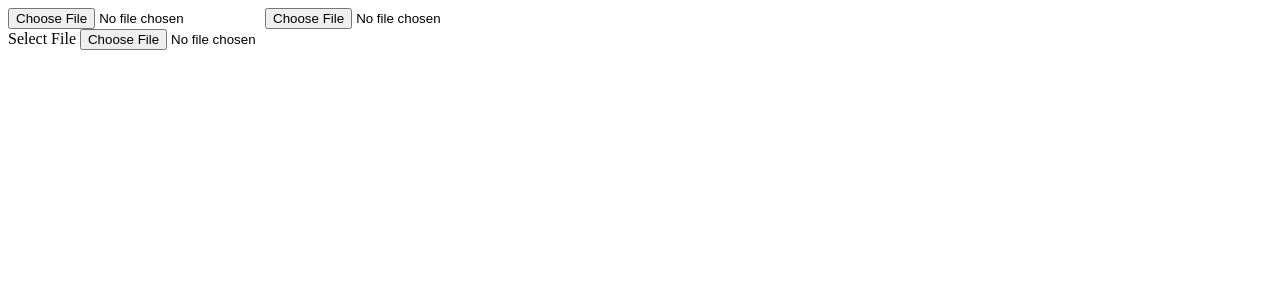
Repository: Hexya/Kaleidoscope
Page: app/index.html
An editor plug-in stored every save of this project. The page is shown before and after the next save, followed by the edit.
The browser window is 1280 px wide. The pictures show the whole page.

Above is the page before, as saved 2021-05-18 15:43:42.

After the next save:
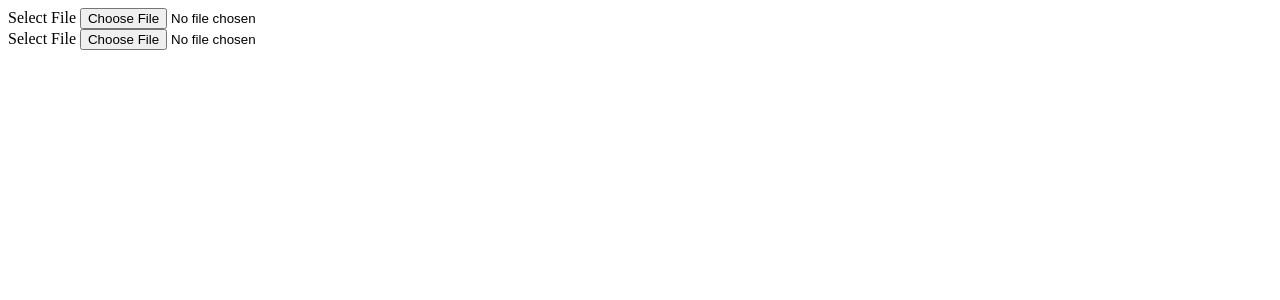
Saved 28 s later.
--- a/app/index.html
+++ b/app/index.html
@@ -7,11 +7,13 @@
 
         </div>
         <div class="home-container">
-            <input type="file" class="img">
-            <input type="file" class="img2">
             <div class="file-cont">
                 <label for="file" class="label-file">Select File</label>
-                <input type="file" name="file" id="file" accept="image/*" class="input-file" />
+                <input type="file" name="file" id="file" accept="image/*" class="input-file img1" />
+            </div>
+            <div class="file-cont">
+                <label for="file" class="label-file">Select File</label>
+                <input type="file" name="file" id="file" accept="image/*" class="input-file img2" />
             </div>
         </div>
     </body>
